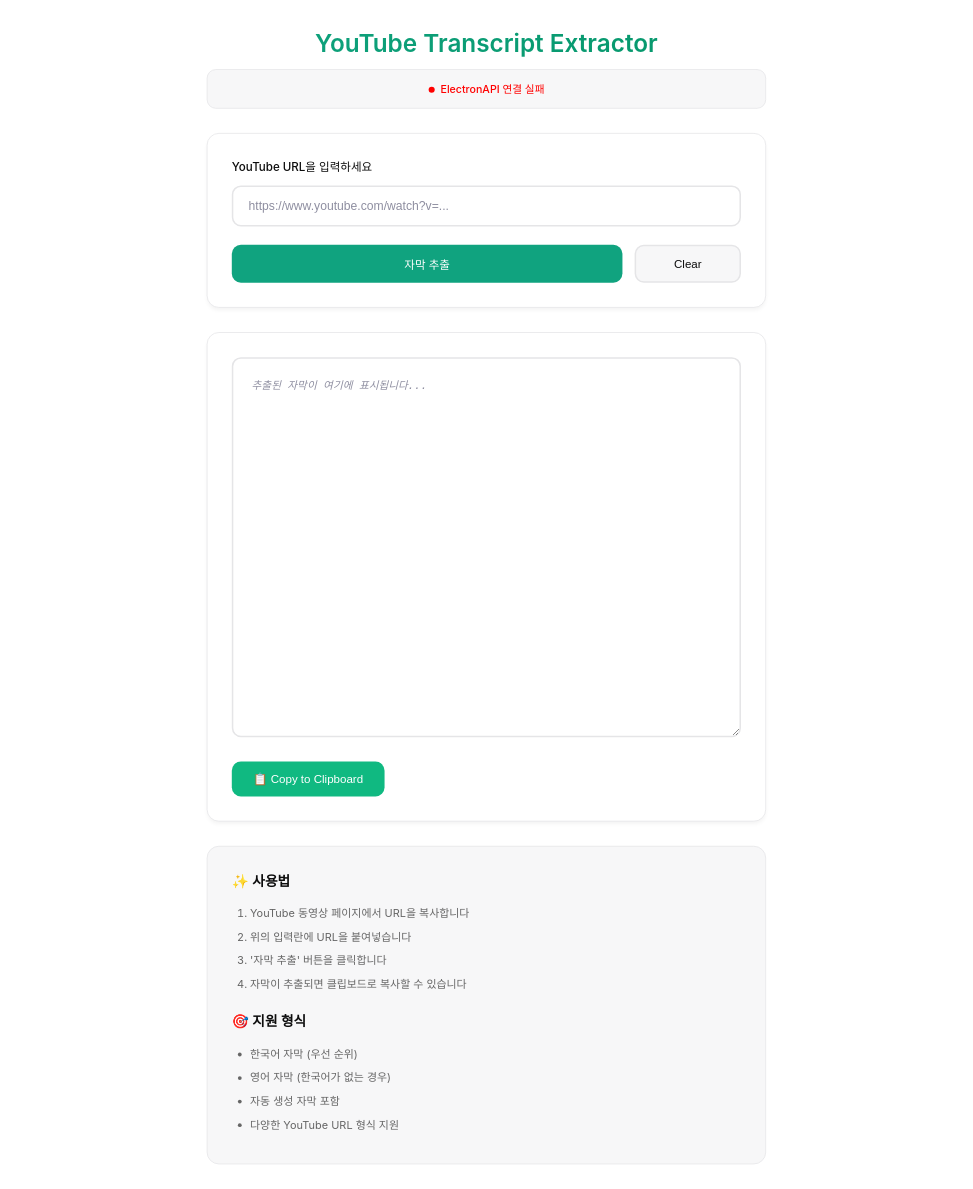
Repository: jaeu-choi/yt-transcript-extract
Page: Frontend/index.html
These files come from the project's save history. The page is drawn as it stood at one moment and after the next save; the edit follows.
The browser window is 1280 px wide. The pictures show the whole page, at 76% of full size.

Above is the page before, as saved 2025-06-18 13:51:07.
Console error: TypeError: Cannot read properties of null (reading 'addEventListener')

After the next save:
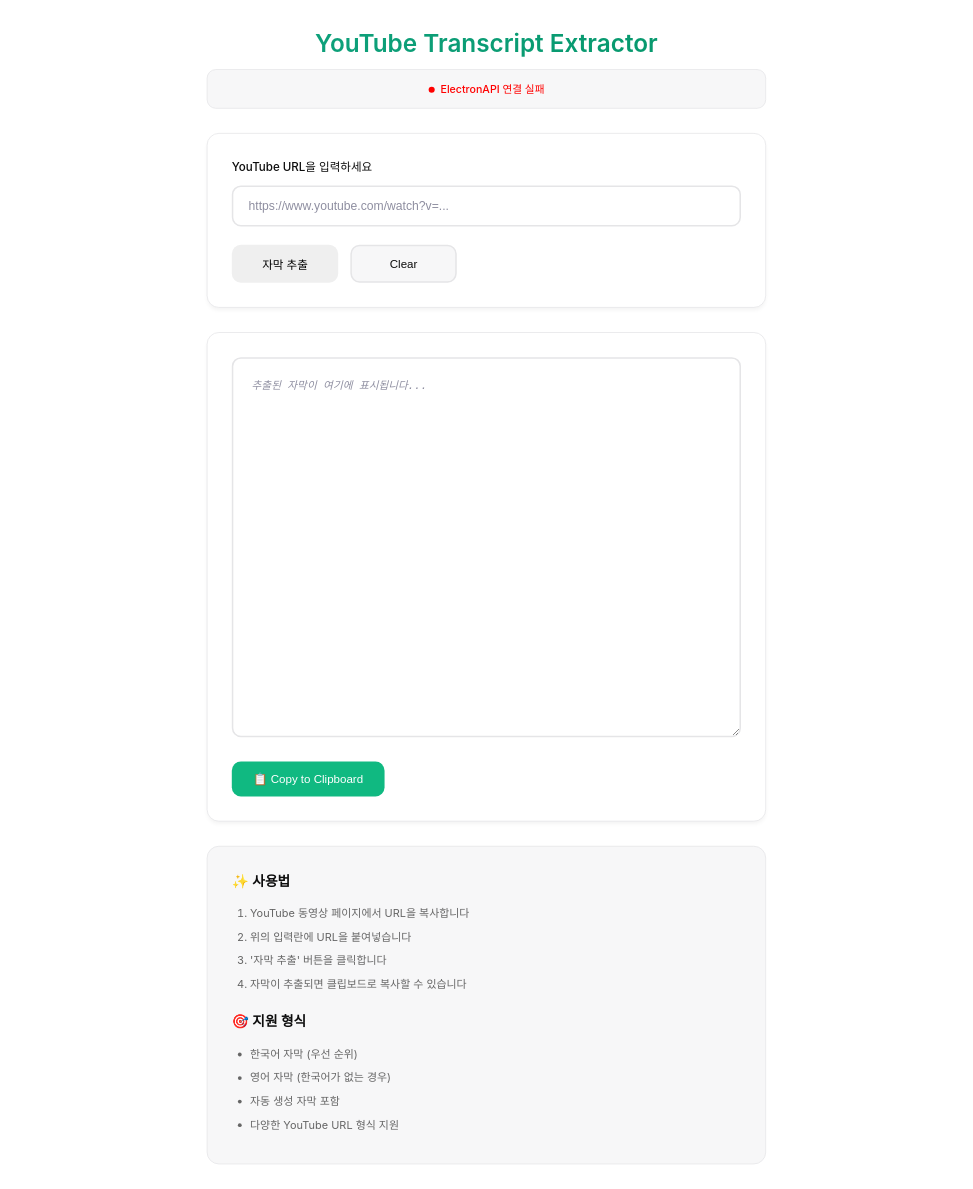
Saved 34 s later.
--- a/Frontend/index.css
+++ b/Frontend/index.css
@@ -13,6 +13,7 @@
   --danger-color: #ef4444;
   --warning-color: #f59e0b;
   --success-color: #10b981;
+  --info-color: #3b82f6;
   --shadow: rgba(0, 0, 0, 0.05);
   --shadow-hover: rgba(0, 0, 0, 0.1);
 }
@@ -142,6 +143,50 @@
   color: var(--text-muted);
 }
 
+/* Language Selection Section */
+#language-selection {
+  margin-top: 2rem;
+  padding-top: 2rem;
+  border-top: 1px solid var(--border-color);
+  animation: slideIn 0.3s ease-out;
+}
+
+@keyframes slideIn {
+  from {
+    opacity: 0;
+    transform: translateY(-10px);
+  }
+  to {
+    opacity: 1;
+    transform: translateY(0);
+  }
+}
+
+#language-select {
+  width: 100%;
+  padding: 1rem 1.25rem;
+  border: 2px solid var(--border-color);
+  border-radius: 12px;
+  font-size: 1rem;
+  background: var(--bg-primary);
+  color: var(--text-primary);
+  transition: all 0.3s ease;
+  margin-bottom: 1rem;
+  outline: none;
+  cursor: pointer;
+}
+
+#language-select:focus {
+  border-color: var(--accent-color);
+  box-shadow: 0 0 0 3px rgba(16, 163, 127, 0.1);
+}
+
+#language-select option {
+  background: var(--bg-primary);
+  color: var(--text-primary);
+  padding: 0.5rem;
+}
+
 /* Button Styles */
 .button-group {
   display: flex;
@@ -163,19 +208,38 @@
   min-width: 140px;
 }
 
-#submit-btn {
+#check-languages-btn {
+  background: var(--info-color);
+  color: white;
+  flex: 1;
+}
+
+#check-languages-btn:hover:not(:disabled) {
+  background: #2563eb;
+  transform: translateY(-1px);
+  box-shadow: 0 4px 12px rgba(59, 130, 246, 0.3);
+}
+
+#check-languages-btn:disabled {
+  background: var(--text-muted);
+  cursor: not-allowed;
+  transform: none;
+  box-shadow: none;
+}
+
+#extract-btn {
   background: var(--accent-color);
   color: white;
   flex: 1;
 }
 
-#submit-btn:hover:not(:disabled) {
+#extract-btn:hover:not(:disabled) {
   background: var(--accent-hover);
   transform: translateY(-1px);
   box-shadow: 0 4px 12px rgba(16, 163, 127, 0.3);
 }
 
-#submit-btn:disabled {
+#extract-btn:disabled {
   background: var(--text-muted);
   cursor: not-allowed;
   transform: none;
@@ -236,6 +300,28 @@
   box-shadow: 0 4px 6px -1px var(--shadow);
   margin-bottom: 2rem;
   flex: 1;
+}
+
+#result-header {
+  margin-bottom: 1.5rem;
+  padding-bottom: 1rem;
+  border-bottom: 1px solid var(--border-color);
+}
+
+#result-header h3 {
+  font-size: 1.25rem;
+  font-weight: 600;
+  margin-bottom: 0.5rem;
+  color: var(--text-primary);
+}
+
+#current-language {
+  font-size: 0.875rem;
+  color: var(--text-secondary);
+  background: var(--bg-secondary);
+  padding: 0.5rem 1rem;
+  border-radius: 8px;
+  display: inline-block;
 }
 
 #codeArea {
@@ -345,7 +431,8 @@
 /* Focus styles for accessibility */
 button:focus-visible,
 input:focus-visible,
-textarea:focus-visible {
+textarea:focus-visible,
+select:focus-visible {
   outline: 2px solid var(--accent-color);
   outline-offset: 2px;
 }
